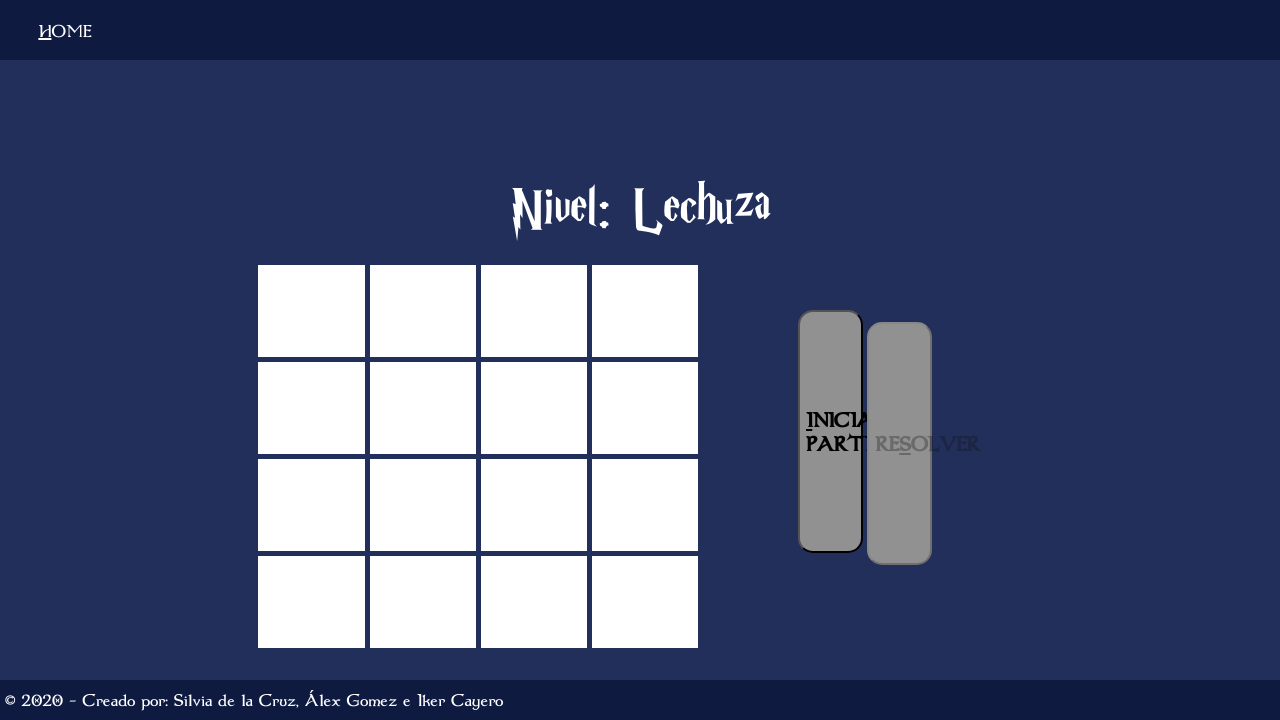
Repository: alexgomezdev/RavenclawSimon
Page: http://localhost/start.php?do=tryagain
These files come from the project's save history. The page is drawn as it stood at one moment and after the next save; the edit follows.
The browser window is 1280 px wide. The pictures show the whole page.
The page is run by PHP 8.4 with error messages shown; the project is at /var/www/html/.

Above is the page before, as saved 2020-11-04 19:47:39.

After the next save:
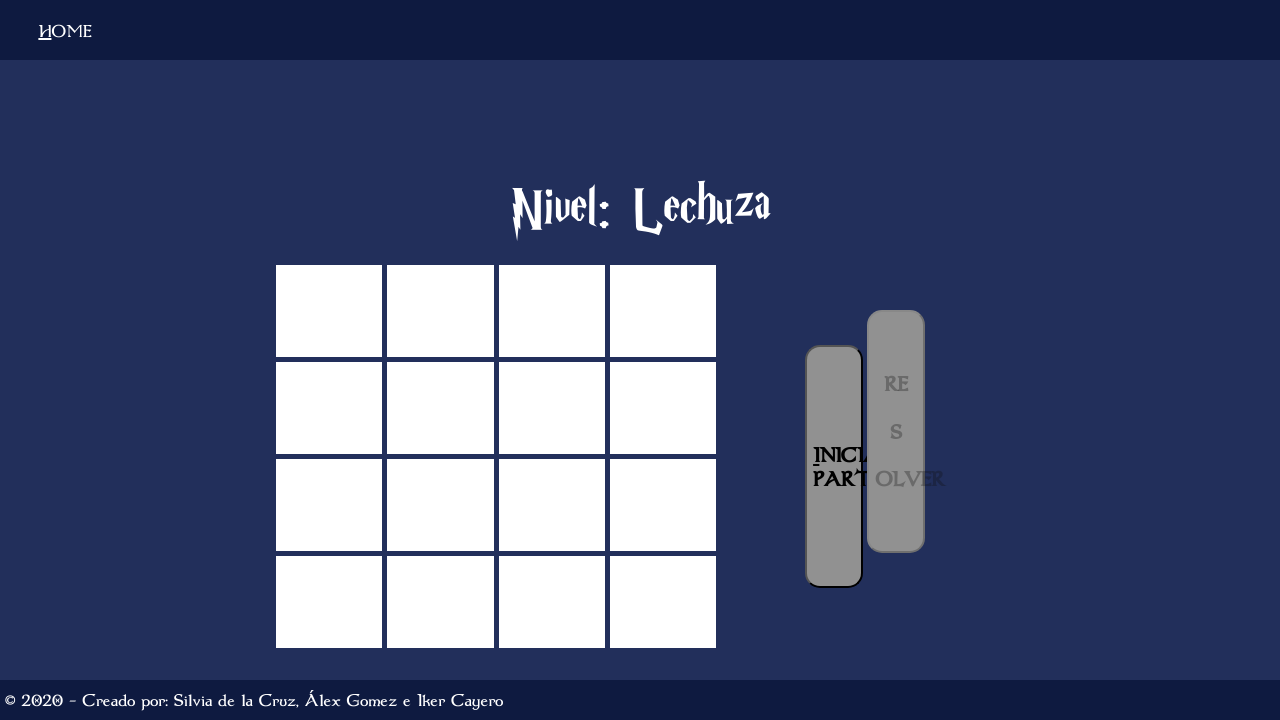
Saved 42 s later.
--- a/start.php
+++ b/start.php
@@ -107,7 +107,7 @@
                     <h3><span class="accesskey">I</span>NICIAR PARTIDA</h3>
                 </button>
                 <button class="button_play" id="solve_button" onclick="winorlose()" accesskey="s" disabled>
-                    <h3>RE<span class="accesskey">S</span>OLVER</h3>
+                    <h3>RE<p class="accesskey">S</p>OLVER</h3>
                 </button>
             </div>
         </div>

After the save that followed:
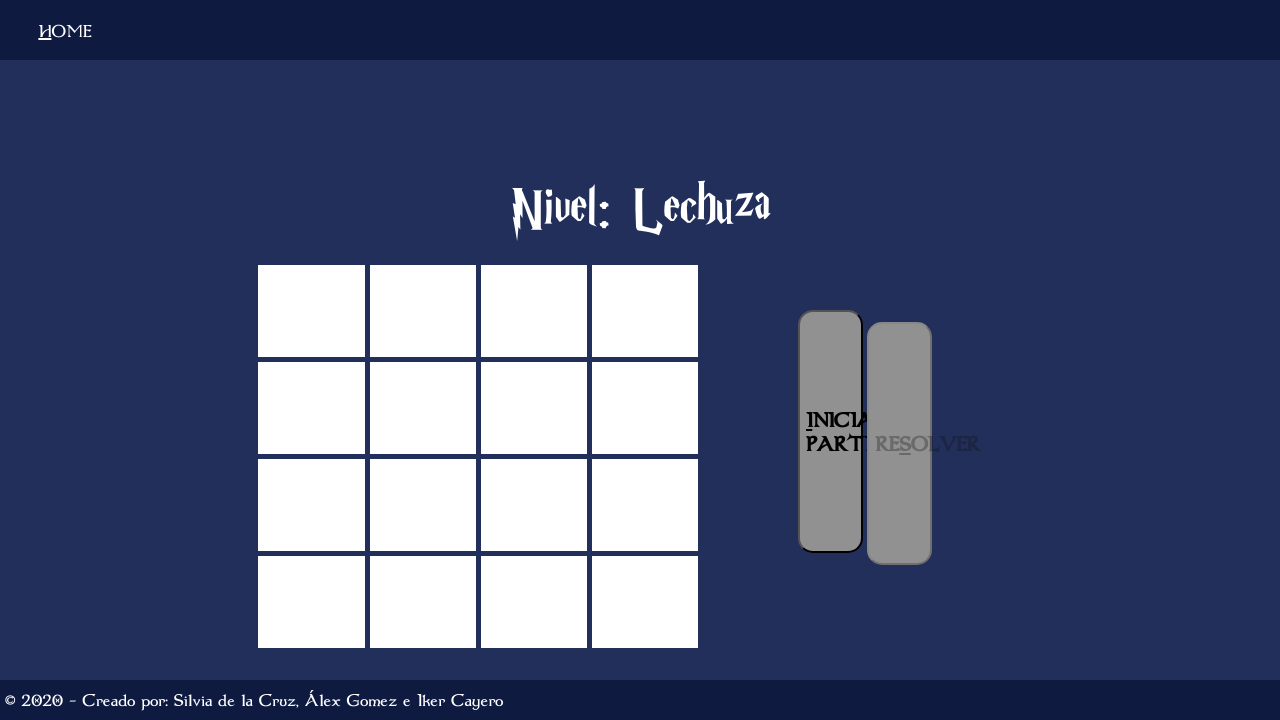
Saved 23 s later.
--- a/start.php
+++ b/start.php
@@ -107,7 +107,7 @@
                     <h3><span class="accesskey">I</span>NICIAR PARTIDA</h3>
                 </button>
                 <button class="button_play" id="solve_button" onclick="winorlose()" accesskey="s" disabled>
-                    <h3>RE<p class="accesskey">S</p>OLVER</h3>
+                    <h3>RE<span class="accesskey">S</span>OLVER</h3>
                 </button>
             </div>
         </div>
